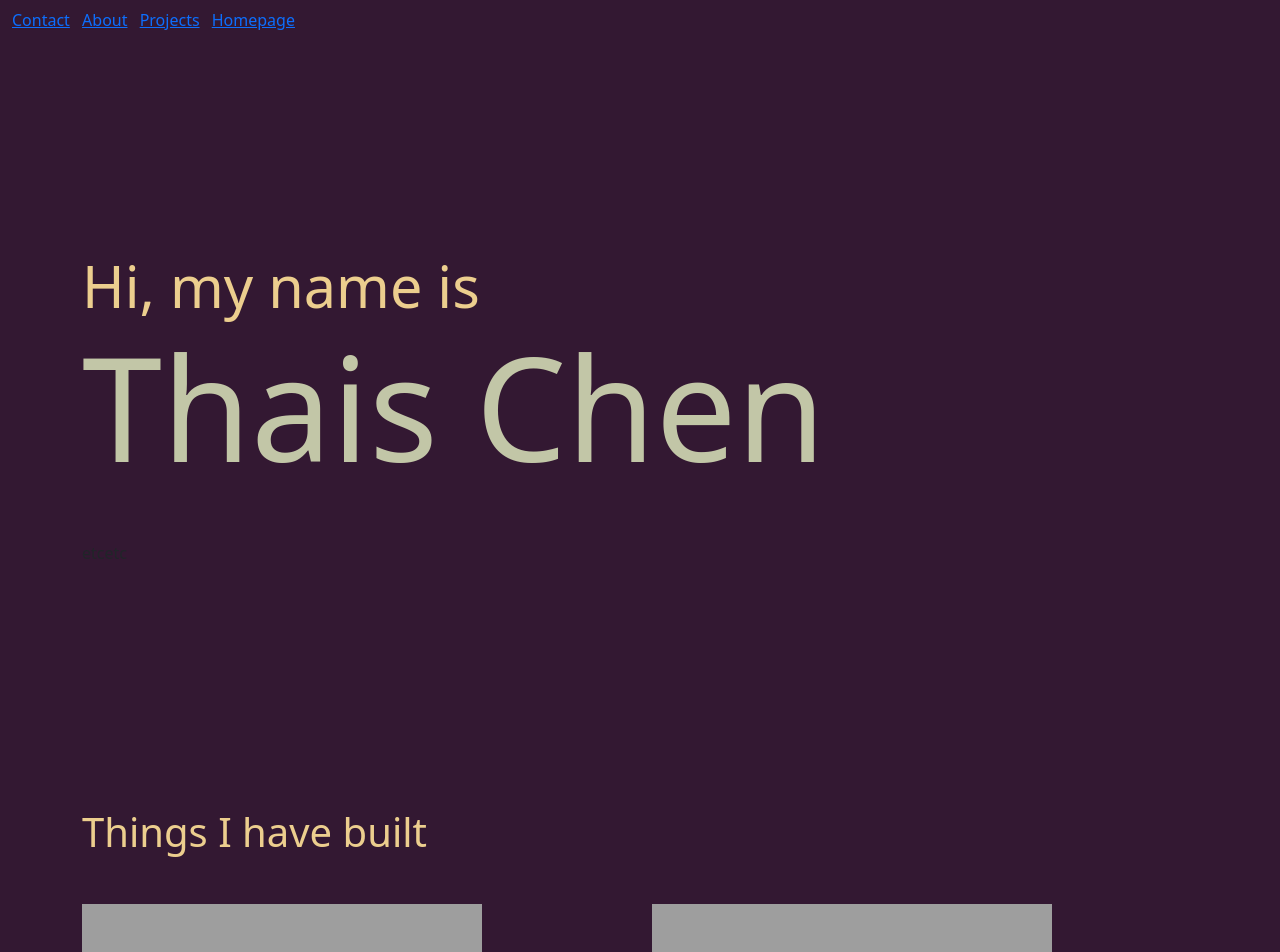
Repository: thais-chen/Portfolio
Page: index.html
The author's editor kept a copy of each file at every save. The page is drawn from the files as they stood at one save, then again after the next save.
The browser window is 1280 px wide. The pictures show the part of the page from y = 0 to 952 px (the page is 2059 px tall before and 2043 px after).
Pictures or frames that could not be fetched are drawn as grey boxes.

Above is the page before, as saved 2022-06-17 21:22:18.

After the next save:
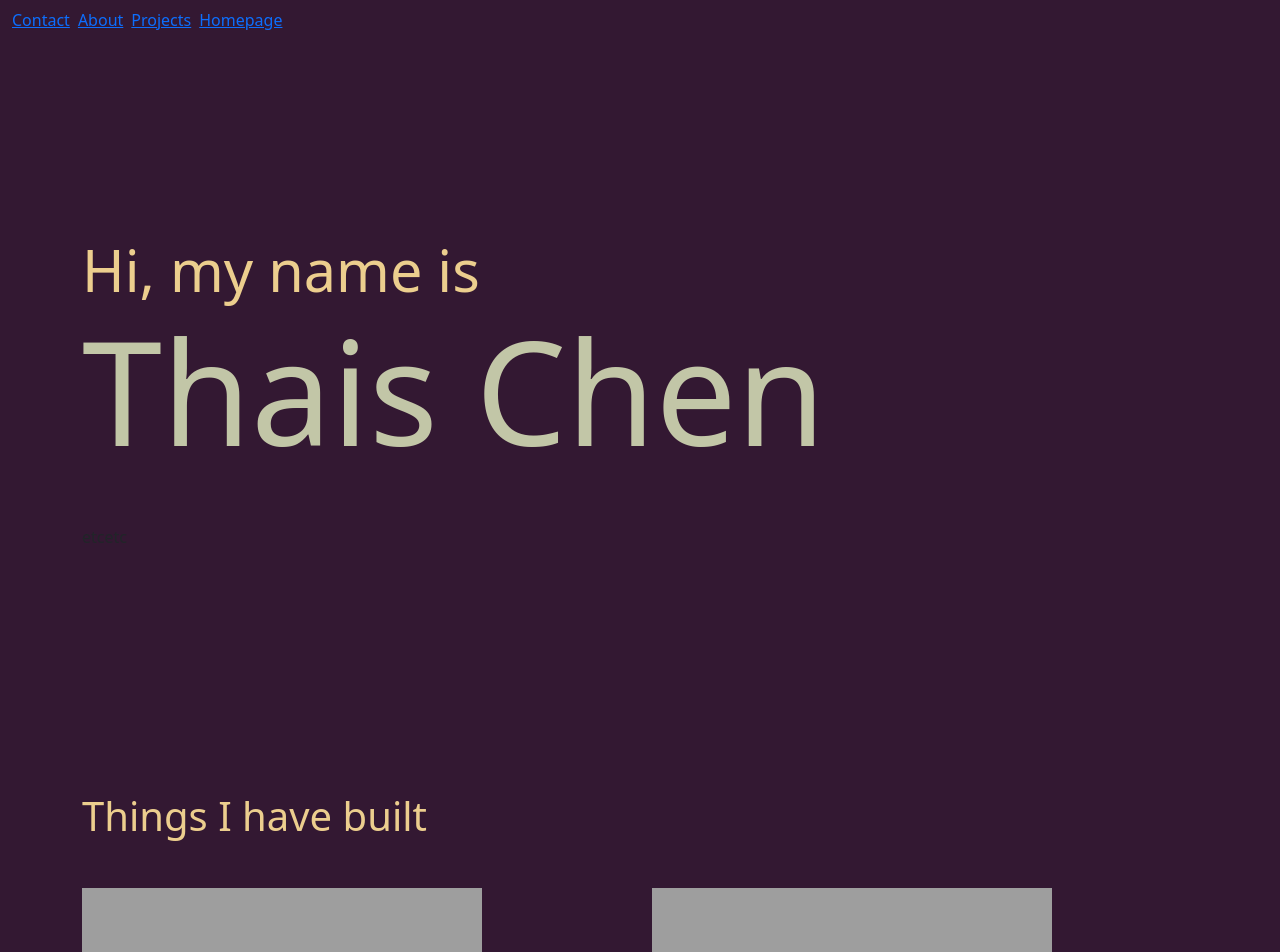
Saved 30 s later.
--- a/index.html
+++ b/index.html
@@ -14,7 +14,7 @@
     <header>
         <nav class="navbar">
             <div class="container-fluid">
-                <ul class="list-inline ">
+                <ul class="nav justify-content-end ">
                     <li class="list-inline-item "><a href="#contact" > Contact</a></li>
                     <li class="list-inline-item"><a href="#about"> About</a> </li>
                     <li class="list-inline-item"><a href="#projects"> Projects</a></li>
